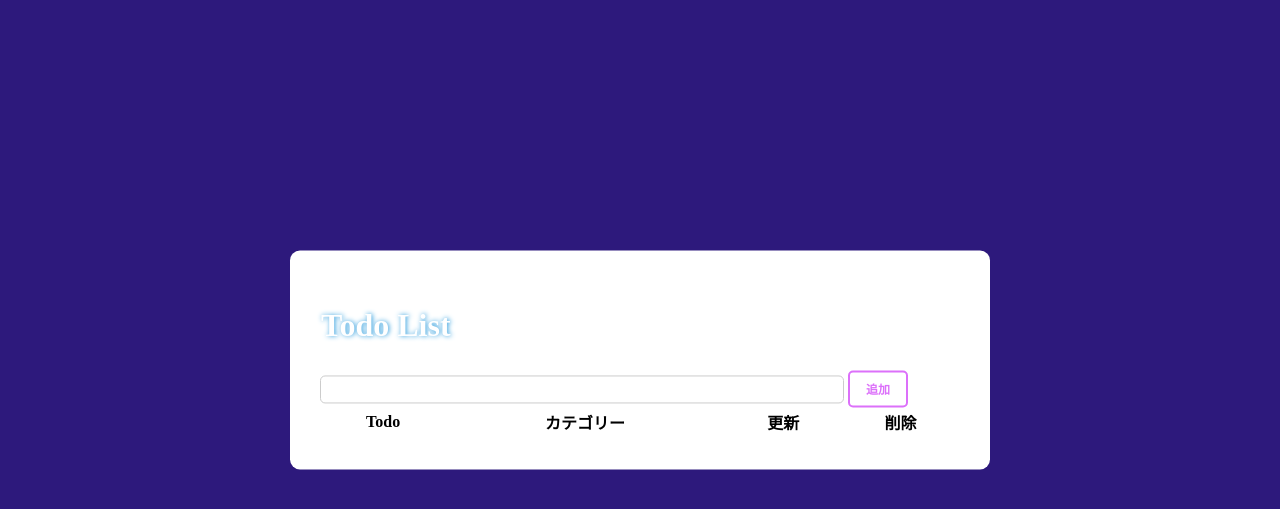
Repository: azuma2/cate
Page: http://localhost/
An editor plug-in stored every save of this project. The page is shown before and after the next save, followed by the edit.
The browser window is 1280 px wide. The pictures show the whole page.
The page is served by the project's Laravel application, run on PHP 8.4 with Laravel 8. Queries for data that is not in the repository find no rows.

Above is the page before, as saved 2022-05-07 20:50:22.

After the next save:
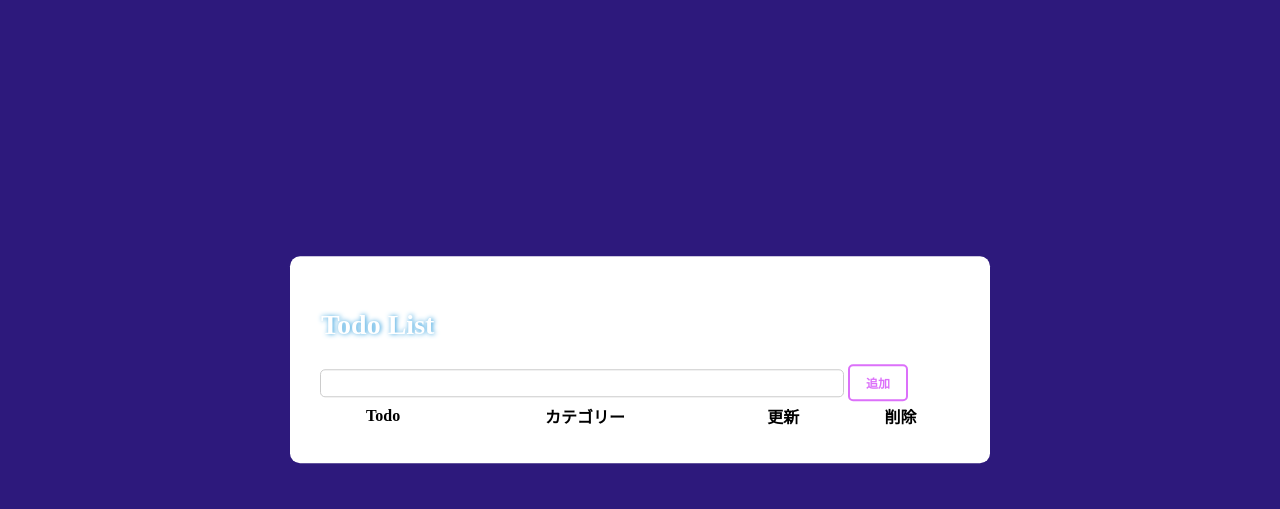
Saved 20 s later.
--- a/resources/views/index.blade.php
+++ b/resources/views/index.blade.php
@@ -65,7 +65,7 @@
     border-radius: 10px;
 }
     h2 {
-      font-size:32px;
+      font-size:28px;
       color:white;
       text-shadow:1px 0 5px #289ADC;
       margin-left: 1px
